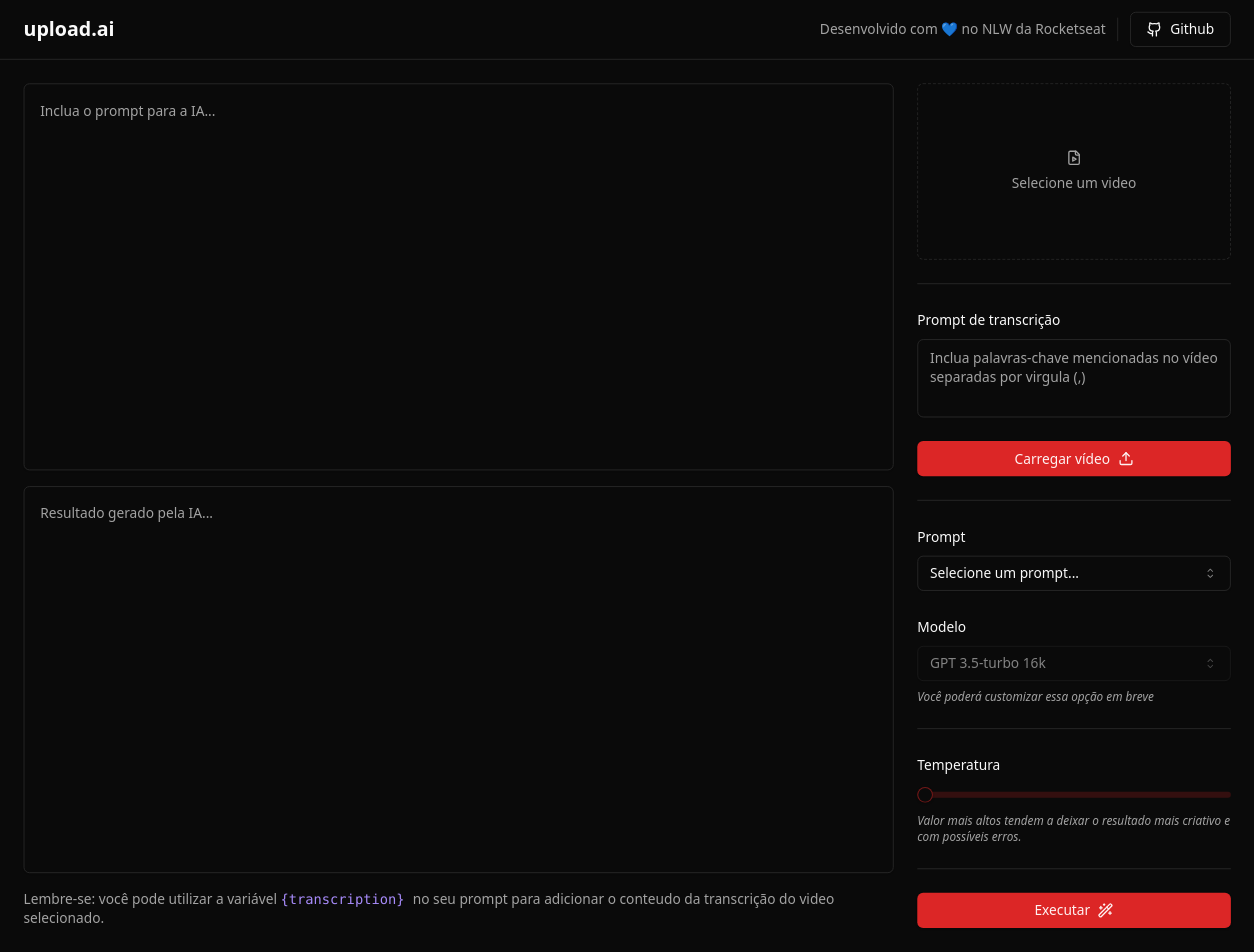
Repository: ricardolimati/upload-ai-web
Page: /
The author's editor kept a copy of each file at every save. The page is drawn from the files as they stood at one save, then again after a run of saves.
The browser window is 1280 px wide. The pictures show the whole page, at 98% of full size.
The project was rebuilt for these pictures with package versions that can differ from the ones it lists, and the page was loaded fresh each time. Also part of the build but not shown: vite.config.ts.

Above is the page before, as saved 2023-09-17 23:44:16.

### src/app.tsx
import {Github, Wand2} from 'lucide-react'
import { Button } from "./components/ui/button";
import { Separator } from './components/ui/separator';
import { Textarea } from './components/ui/textarea';
import { Label } from './components/ui/label';
import { Select, SelectContent, SelectItem, SelectTrigger, SelectValue } from './components/ui/select';
import { Slider } from './components/ui/slider';
import { VideoInputForm } from './components/video-input-form';

export function App() {
  return(
   <div className="min-h-screen flex flex-col">
    <div className="px-6 py-3 flex items-center justify-between border-b">
      <h1 className="text-xl font-bold">upload.ai</h1>
      <div className="flex items-center gap-3">
        <span className="text-sm text-muted-foreground">
          Desenvolvido com 💙 no NLW da Rocketseat</span>
          <Separator orientation='vertical' className='h-6' />
        <Button variant="outline">
          <Github className="w-4 h-4 mr-2" />Github
        </Button>
      </div>
    </div>

    <main className="flex-1 p-6 flex gap-6">
      <div className="flex flex-col flex-1 gap-4">
        <div className="grid grid-rows-2 gap-4 flex-1">
          <Textarea
          className="resize-none p-4 leading-relaxed"
          placeholder="Inclua o prompt para a IA..."
          />
          <Textarea
          className="resize-none p-4 leading-relaxed"
          placeholder="Resultado gerado pela IA..."
          readOnly/>
        </div>

        <p className="text-sm text-muted-foreground">
          Lembre-se: você pode utilizar a variável <code className="text-violet-400">{'{transcription}'} </code>
           no seu prompt para adicionar o conteudo da transcrição
          do video selecionado.</p>
      </div>
      <aside className="w-80 space-y-6">
        <VideoInputForm />

        <Separator />

        <form className="space-y-6">
        <div className="space-y-2">
            <Label >Prompt</Label>
           <Select>
              <SelectTrigger>
                <SelectValue placeholder="Selecione um prompt..." />
              </SelectTrigger>
              <SelectContent>
              <SelectItem value="title">Título do Youtube</SelectItem>
              <SelectItem value="description">Descrição do Youtube</SelectItem>
              </SelectContent>
            </Select>
          </div>

          <div className="space-y-2">
            <Label >Modelo</Label>
           <Select disabled defaultValue='gpt-3.5'>
              <SelectTrigger>
                <SelectValue />
              </SelectTrigger>
              <SelectContent>
              <SelectItem value="gpt-3.5">GPT 3.5-turbo 16k</SelectItem>
              </SelectContent>
            </Select>
            <span className="block text-xs text-muted-foreground italic">
              Você poderá customizar essa opção em breve
            </span>
          </div>

          <Separator/>
          <div className="space-y-4">
            <Label >Temperatura</Label>
            <Slider
             min={0}
             max={1}
             step={0.1}
            />
            <span className="block text-xs text-muted-foreground italic">
              Valor mais altos tendem a deixar o resultado mais criativo e com possíveis erros.
            </span>
          </div>

          <Separator />

          <Button type="submit" className="w-full">
            Executar
            <Wand2  className="w-4 h-4 ml-2"/>
          </Button>

        </form>
      </aside>
    </main>
   </div>
  )
}

### src/index.css
@tailwind base;
@tailwind components;
@tailwind utilities;

@layer base {
  :root {
    --background: 0 0% 3.9%;
    --foreground: 0 0% 98%;
    --card: 0 0% 3.9%;
    --card-foreground: 0 0% 98%;
    --popover: 0 0% 3.9%;
    --popover-foreground: 0 0% 98%;
    --primary: 0 72.2% 50.6%;
    --primary-foreground: 0 85.7% 97.3%;
    --secondary: 0 0% 14.9%;
    --secondary-foreground: 0 0% 98%;
    --muted: 0 0% 14.9%;
    --muted-foreground: 0 0% 63.9%;
    --accent: 0 0% 14.9%;
    --accent-foreground: 0 0% 98%;
    --destructive: 0 62.8% 30.6%;
    --destructive-foreground: 0 0% 98%;
    --border: 0 0% 14.9%;
    --input: 0 0% 14.9%;
    --ring: 0 72.2% 50.6%;

    --radius: 0.5rem;
  }
}

@layer base {
  * {
    @apply border-border;
  }
  body {
    @apply bg-background text-foreground;
  }
}

### src/components/ui/button.tsx
import * as React from "react"
import { Slot } from "@radix-ui/react-slot"
import { cva, type VariantProps } from "class-variance-authority"

import { cn } from "@/lib/utils"

const buttonVariants = cva(
  "inline-flex items-center justify-center rounded-md text-sm font-medium transition-colors focus-visible:outline-none focus-visible:ring-1 focus-visible:ring-ring disabled:pointer-events-none disabled:opacity-50",
  {
    variants: {
      variant: {
        default:
          "bg-primary text-primary-foreground shadow hover:bg-primary/90",
        destructive:
          "bg-destructive text-destructive-foreground shadow-sm hover:bg-destructive/90",
        outline:
          "border border-input bg-transparent shadow-sm hover:bg-accent hover:text-accent-foreground",
        secondary:
          "bg-secondary text-secondary-foreground shadow-sm hover:bg-secondary/80",
        ghost: "hover:bg-accent hover:text-accent-foreground",
        link: "text-primary underline-offset-4 hover:underline",
      },
      size: {
        default: "h-9 px-4 py-2",
        sm: "h-8 rounded-md px-3 text-xs",
        lg: "h-10 rounded-md px-8",
        icon: "h-9 w-9",
      },
    },
    defaultVariants: {
      variant: "default",
      size: "default",
    },
  }
)

export interface ButtonProps
  extends React.ButtonHTMLAttributes<HTMLButtonElement>,
    VariantProps<typeof buttonVariants> {
  asChild?: boolean
}

const Button = React.forwardRef<HTMLButtonElement, ButtonProps>(
  ({ className, variant, size, asChild = false, ...props }, ref) => {
    const Comp = asChild ? Slot : "button"
    return (
      <Comp
        className={cn(buttonVariants({ variant, size, className }))}
        ref={ref}
        {...props}
      />
    )
  }
)
Button.displayName = "Button"

export { Button, buttonVariants }

### src/components/ui/separator.tsx
import * as React from "react"
import * as SeparatorPrimitive from "@radix-ui/react-separator"

import { cn } from "@/lib/utils"

const Separator = React.forwardRef<
  React.ElementRef<typeof SeparatorPrimitive.Root>,
  React.ComponentPropsWithoutRef<typeof SeparatorPrimitive.Root>
>(
  (
    { className, orientation = "horizontal", decorative = true, ...props },
    ref
  ) => (
    <SeparatorPrimitive.Root
      ref={ref}
      decorative={decorative}
      orientation={orientation}
      className={cn(
        "shrink-0 bg-border",
        orientation === "horizontal" ? "h-[1px] w-full" : "h-full w-[1px]",
        className
      )}
      {...props}
    />
  )
)
Separator.displayName = SeparatorPrimitive.Root.displayName

export { Separator }

### src/components/ui/textarea.tsx
import * as React from "react"

import { cn } from "@/lib/utils"

export interface TextareaProps
  extends React.TextareaHTMLAttributes<HTMLTextAreaElement> {}

const Textarea = React.forwardRef<HTMLTextAreaElement, TextareaProps>(
  ({ className, ...props }, ref) => {
    return (
      <textarea
        className={cn(
          "flex min-h-[60px] w-full rounded-md border border-input bg-transparent px-3 py-2 text-sm shadow-sm placeholder:text-muted-foreground focus-visible:outline-none focus-visible:ring-1 focus-visible:ring-ring disabled:cursor-not-allowed disabled:opacity-50",
          className
        )}
        ref={ref}
        {...props}
      />
    )
  }
)
Textarea.displayName = "Textarea"

export { Textarea }

### src/components/ui/label.tsx
import * as React from "react"
import * as LabelPrimitive from "@radix-ui/react-label"
import { cva, type VariantProps } from "class-variance-authority"

import { cn } from "@/lib/utils"

const labelVariants = cva(
  "text-sm font-medium leading-none peer-disabled:cursor-not-allowed peer-disabled:opacity-70"
)

const Label = React.forwardRef<
  React.ElementRef<typeof LabelPrimitive.Root>,
  React.ComponentPropsWithoutRef<typeof LabelPrimitive.Root> &
    VariantProps<typeof labelVariants>
>(({ className, ...props }, ref) => (
  <LabelPrimitive.Root
    ref={ref}
    className={cn(labelVariants(), className)}
    {...props}
  />
))
Label.displayName = LabelPrimitive.Root.displayName

export { Label }

### src/components/ui/select.tsx
import * as React from "react"
import { CaretSortIcon, CheckIcon } from "@radix-ui/react-icons"
import * as SelectPrimitive from "@radix-ui/react-select"

import { cn } from "@/lib/utils"

const Select = SelectPrimitive.Root

const SelectGroup = SelectPrimitive.Group

const SelectValue = SelectPrimitive.Value

const SelectTrigger = React.forwardRef<
  React.ElementRef<typeof SelectPrimitive.Trigger>,
  React.ComponentPropsWithoutRef<typeof SelectPrimitive.Trigger>
>(({ className, children, ...props }, ref) => (
  <SelectPrimitive.Trigger
    ref={ref}
    className={cn(
      "flex h-9 w-full items-center justify-between rounded-md border border-input bg-transparent px-3 py-2 text-sm shadow-sm ring-offset-background placeholder:text-muted-foreground focus:outline-none focus:ring-1 focus:ring-ring disabled:cursor-not-allowed disabled:opacity-50",
      className
    )}
    {...props}
  >
    {children}
    <SelectPrimitive.Icon asChild>
      <CaretSortIcon className="h-4 w-4 opacity-50" />
    </SelectPrimitive.Icon>
  </SelectPrimitive.Trigger>
))
SelectTrigger.displayName = SelectPrimitive.Trigger.displayName

const SelectContent = React.forwardRef<
  React.ElementRef<typeof SelectPrimitive.Content>,
  React.ComponentPropsWithoutRef<typeof SelectPrimitive.Content>
>(({ className, children, position = "popper", ...props }, ref) => (
  <SelectPrimitive.Portal>
    <SelectPrimitive.Content
      ref={ref}
      className={cn(
        "relative z-50 min-w-[8rem] overflow-hidden rounded-md border bg-popover text-popover-foreground shadow-md data-[state=open]:animate-in data-[state=closed]:animate-out data-[state=closed]:fade-out-0 data-[state=open]:fade-in-0 data-[state=closed]:zoom-out-95 data-[state=open]:zoom-in-95 data-[side=bottom]:slide-in-from-top-2 data-[side=left]:slide-in-from-right-2 data-[side=right]:slide-in-from-left-2 data-[side=top]:slide-in-from-bottom-2",
        position === "popper" &&
          "data-[side=bottom]:translate-y-1 data-[side=left]:-translate-x-1 data-[side=right]:translate-x-1 data-[side=top]:-translate-y-1",
        className
      )}
      position={position}
      {...props}
    >
      <SelectPrimitive.Viewport
        className={cn(
          "p-1",
          position === "popper" &&
            "h-[var(--radix-select-trigger-height)] w-full min-w-[var(--radix-select-trigger-width)]"
        )}
      >
        {children}
      </SelectPrimitive.Viewport>
    </SelectPrimitive.Content>
  </SelectPrimitive.Portal>
))
SelectContent.displayName = SelectPrimitive.Content.displayName

const SelectLabel = React.forwardRef<
  React.ElementRef<typeof SelectPrimitive.Label>,
  React.ComponentPropsWithoutRef<typeof SelectPrimitive.Label>
>(({ className, ...props }, ref) => (
  <SelectPrimitive.Label
    ref={ref}
    className={cn("px-2 py-1.5 text-sm font-semibold", className)}
    {...props}
  />
))
SelectLabel.displayName = SelectPrimitive.Label.displayName

const SelectItem = React.forwardRef<
  React.ElementRef<typeof SelectPrimitive.Item>,
  React.ComponentPropsWithoutRef<typeof SelectPrimitive.Item>
>(({ className, children, ...props }, ref) => (
  <SelectPrimitive.Item
    ref={ref}
    className={cn(
      "relative flex w-full cursor-default select-none items-center rounded-sm py-1.5 pl-2 pr-8 text-sm outline-none focus:bg-accent focus:text-accent-foreground data-[disabled]:pointer-events-none data-[disabled]:opacity-50",
      className
    )}
    {...props}
  >
    <span className="absolute right-2 flex h-3.5 w-3.5 items-center justify-center">
      <SelectPrimitive.ItemIndicator>
        <CheckIcon className="h-4 w-4" />
      </SelectPrimitive.ItemIndicator>
    </span>
    <SelectPrimitive.ItemText>{children}</SelectPrimitive.ItemText>
  </SelectPrimitive.Item>
))
SelectItem.displayName = SelectPrimitive.Item.displayName

const SelectSeparator = React.forwardRef<
  React.ElementRef<typeof SelectPrimitive.Separator>,
  React.ComponentPropsWithoutRef<typeof SelectPrimitive.Separator>
>(({ className, ...props }, ref) => (
  <SelectPrimitive.Separator
    ref={ref}
    className={cn("-mx-1 my-1 h-px bg-muted", className)}
    {...props}
  />
))
SelectSeparator.displayName = SelectPrimitive.Separator.displayName

export {
  Select,
  SelectGroup,
  SelectValue,
  SelectTrigger,
  SelectContent,
  SelectLabel,
  SelectItem,
  SelectSeparator,
}

### src/components/ui/slider.tsx
import * as React from "react"
import * as SliderPrimitive from "@radix-ui/react-slider"

import { cn } from "@/lib/utils"

const Slider = React.forwardRef<
  React.ElementRef<typeof SliderPrimitive.Root>,
  React.ComponentPropsWithoutRef<typeof SliderPrimitive.Root>
>(({ className, ...props }, ref) => (
  <SliderPrimitive.Root
    ref={ref}
    className={cn(
      "relative flex w-full touch-none select-none items-center",
      className
    )}
    {...props}
  >
    <SliderPrimitive.Track className="relative h-1.5 w-full grow overflow-hidden rounded-full bg-primary/20">
      <SliderPrimitive.Range className="absolute h-full bg-primary" />
    </SliderPrimitive.Track>
    <SliderPrimitive.Thumb className="block h-4 w-4 rounded-full border border-primary/50 bg-background shadow transition-colors focus-visible:outline-none focus-visible:ring-1 focus-visible:ring-ring disabled:pointer-events-none disabled:opacity-50" />
  </SliderPrimitive.Root>
))
Slider.displayName = SliderPrimitive.Root.displayName

export { Slider }

### src/components/video-input-form.tsx
import { FileVideo, Upload } from "lucide-react";
import { Separator } from "./ui/separator";
import { Label } from "./ui/label";
import { Textarea } from "./ui/textarea";
import { Button } from "./ui/button";
import { ChangeEvent, useState } from "react";

export function VideoInputForm(){
  const [videoFile, setVideoFile] = useState<File | null>(null)

  function handleFileSelected(event: ChangeEvent<HTMLInputElement>){
    const { files } = event.currentTarget

    if(!files){
      return
    }

    const selectedFile = files[0]

    setVideoFile(selectedFile)

  }

  return(
    <form className="space-y-6" >
    <label
    htmlFor="video"
    className="border flex rounded-md aspect-video cursor-pointer border-dashed text-sm flex-col gap-2 items-center justify-center text-muted-foreground hover:bg-primary/5"
    >
     {videoFile ? 'oi': (
      <>
       <FileVideo className="w-4 h-4" />
       Selecione um video
       </>
      )}
    </label>
    <input type="file" id="video" accept="video/mp4" className="sr-only" onChange={handleFileSelected}/>
    <Separator />
    <div className="space-y-2">
      <Label htmlFor="transcription_prompt">Prompt de transcrição</Label>
      <Textarea
      id="transcription_prompt"
      className="h-20 leading-relaxe resize-none"
      placeholder="Inclua palavras-chave mencionadas no vídeo separadas por virgula (,)"
      />
    </div>
    <Button type="submit" className="w-full">
      Carregar vídeo
      <Upload
        className="w-4 h-4 ml-2"
      />
    </Button>
  </form>
  )
}

Loaded but not shown: index.html (common file); src/main.tsx (common file); src/lib/utils.ts (common file); tailwind.config.js (common file)

After the next 5 saves:
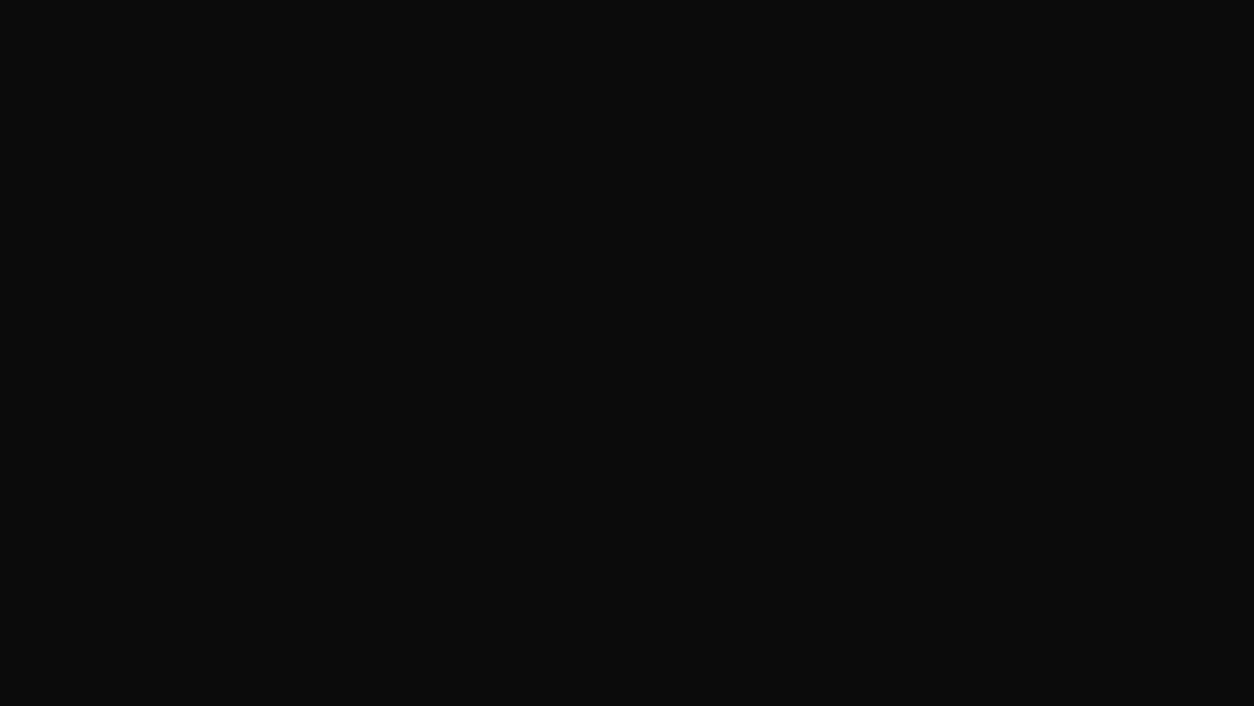
Console error: ReferenceError: use is not defined
The 5 saves are shown as one change because 2 did not build or start and some came seconds apart.
The last was saved 3 min 37 s later.
--- a/src/components/video-input-form.tsx
+++ b/src/components/video-input-form.tsx
@@ -20,6 +20,8 @@
     setVideoFile(selectedFile)
 
   }
+
+  const previewURL = use
 
   return(
     <form className="space-y-6" >

After the 6 saves that followed:
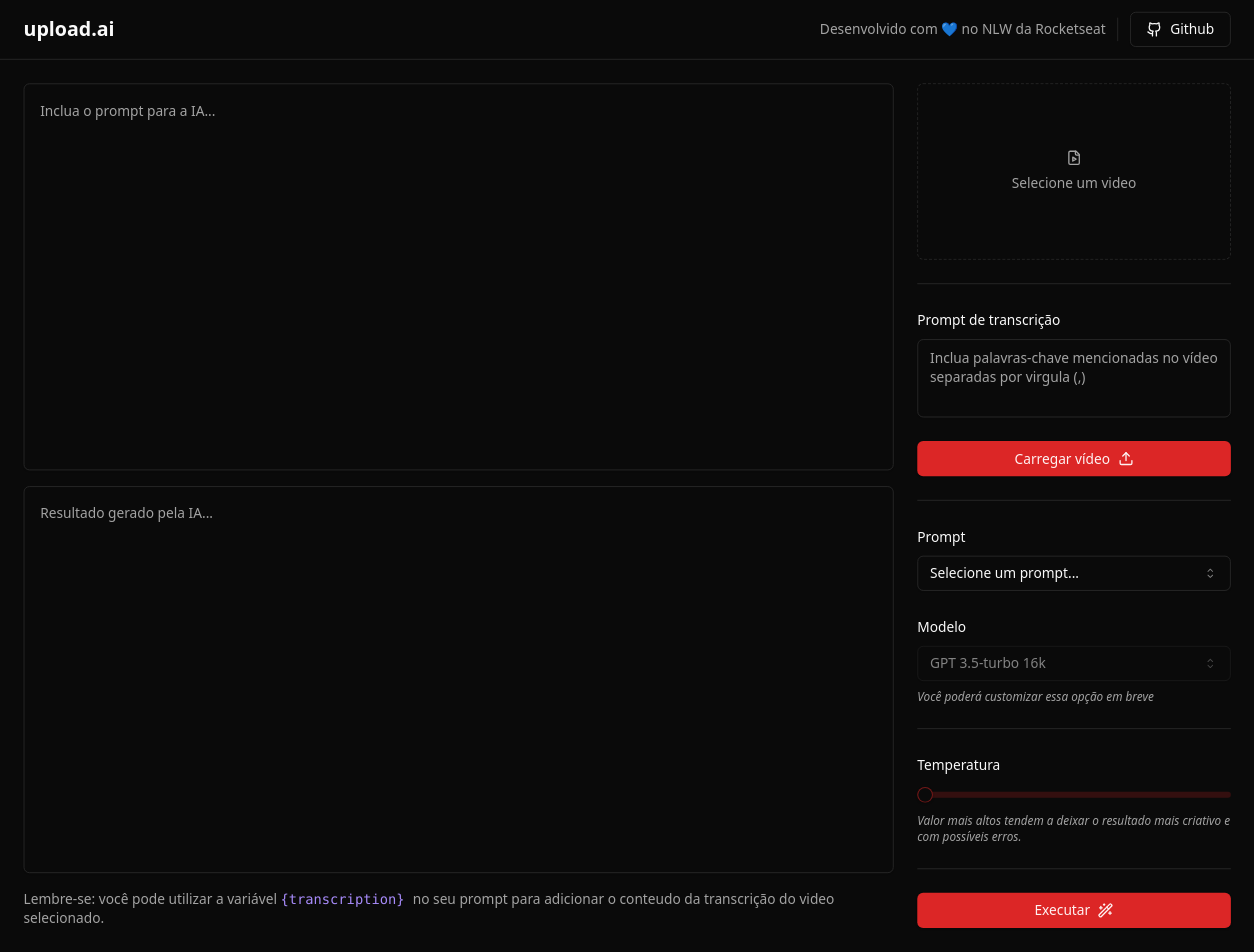
The error is gone.
The 6 saves are shown as one change because 1 did not build or start and 1 left the picture as it was and some came seconds apart.
The last was saved 25 s later.
--- a/src/components/video-input-form.tsx
+++ b/src/components/video-input-form.tsx
@@ -3,7 +3,7 @@
 import { Label } from "./ui/label";
 import { Textarea } from "./ui/textarea";
 import { Button } from "./ui/button";
-import { ChangeEvent, useState } from "react";
+import { ChangeEvent, useMemo, useState } from "react";
 
 export function VideoInputForm(){
   const [videoFile, setVideoFile] = useState<File | null>(null)
@@ -21,7 +21,9 @@
 
   }
 
-  const previewURL = use
+  const previewURL = useMemo(()=> {
+
+  }, [])
 
   return(
     <form className="space-y-6" >
